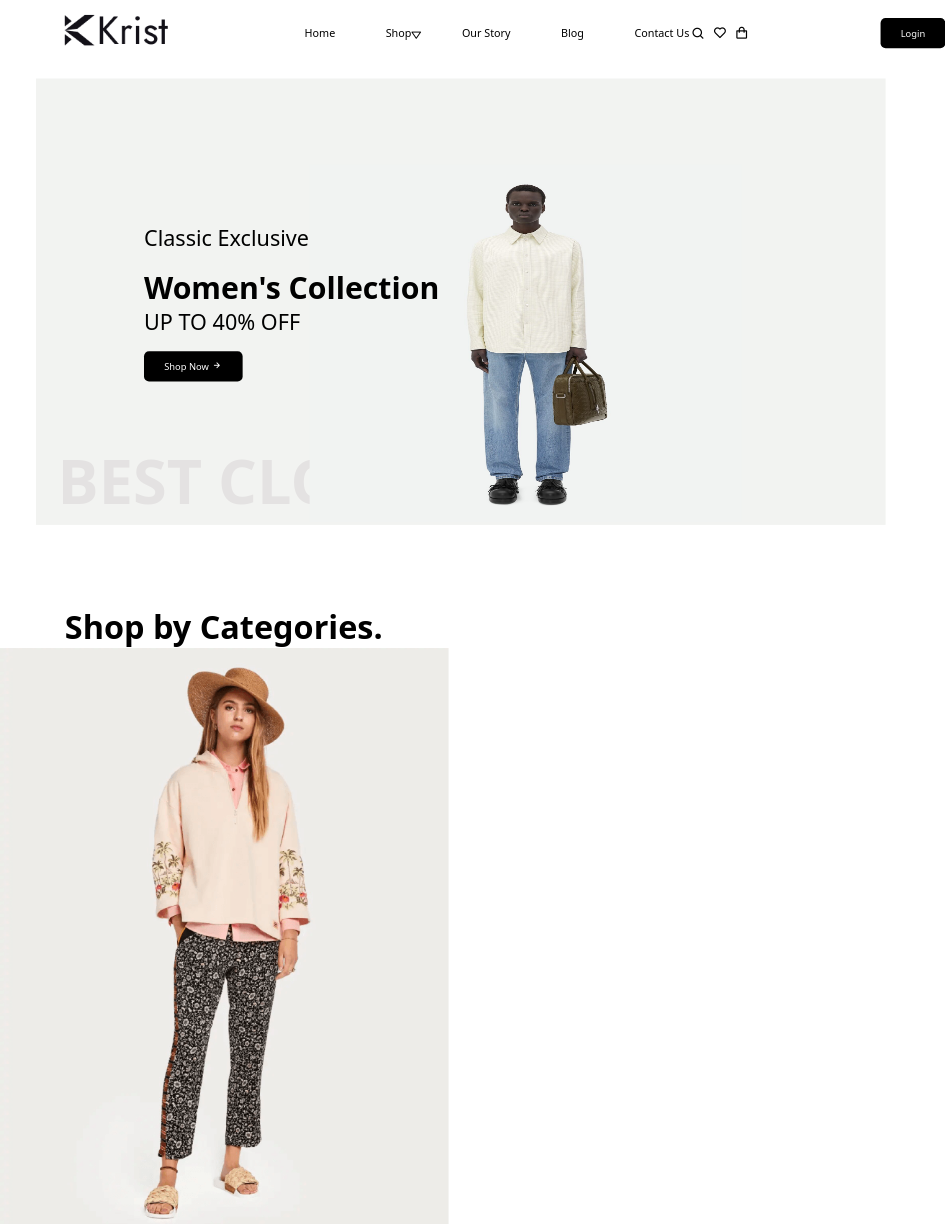
Repository: isaacCodes1/Krist-Website
Page: index.html
An editor plug-in stored every save of this project. The page is shown before and after a run of saves, followed by the edit.
The browser window is 1280 px wide. The page is 1313 px wide, so the pictures cover 1313 px, including what lies to the right of the window. The pictures show the whole page, at 72% of full size.

Above is the page before, as saved 2024-04-01 10:45:18.

After the next 4 saves:
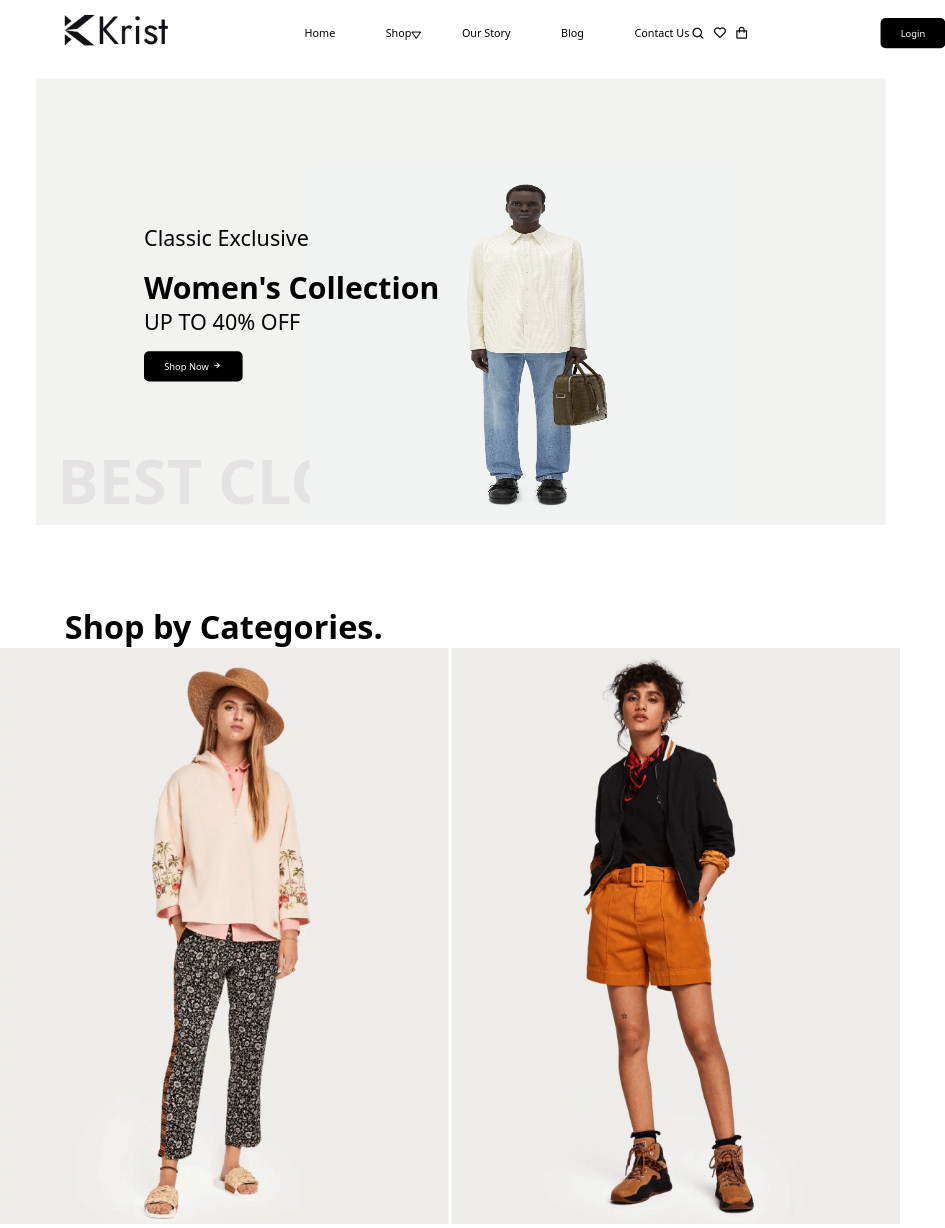
The 4 saves are shown as one change because they came seconds apart.
The last was saved 19 s later.
--- a/index.html
+++ b/index.html
@@ -56,6 +56,7 @@
       </div>
       <div class="cardsImg">
         <img src="/Assets/1.jpg" alt="">
+        <img src="/Assets/2.jpg" alt="">
       </div>
     </section>
   </body>
